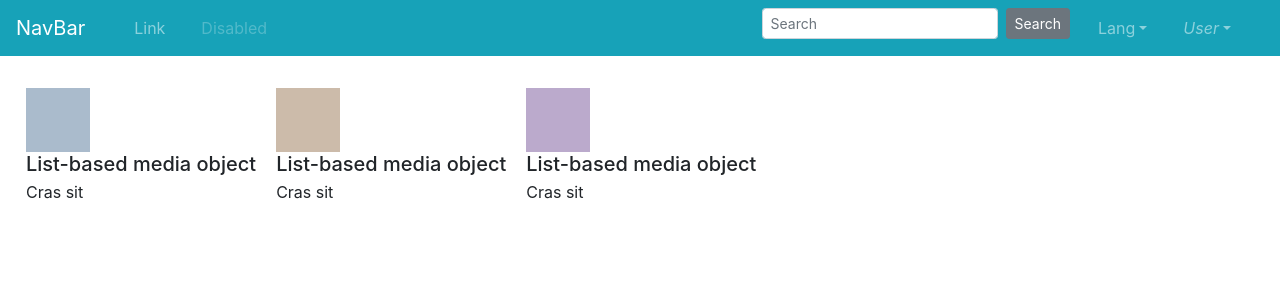
Repository: Funnyrz/vue-nav
Page: /
An editor plug-in stored every save of this project. The page is shown before and after a run of saves, followed by the edit.
The browser window is 1280 px wide. The pictures show the whole page.
The project was rebuilt for these pictures with package versions that can differ from the ones it lists, and the page was loaded fresh each time.

Above is the page before, as saved 2020-08-24 22:48:25.

### public/index.html
<!DOCTYPE html>
<html lang="en">
  <head>
    <meta charset="utf-8">
    <meta http-equiv="X-UA-Compatible" content="IE=edge">
    <meta name="viewport" content="width=device-width,initial-scale=1.0">
    <link rel="icon" href="<%= BASE_URL %>favicon.ico">
    <title>vue-pic</title>
  </head>
  <body>
    <noscript>
      <strong>We're sorry but vue-pic doesn't work properly without JavaScript enabled. Please enable it to continue.</strong>
    </noscript>
    <div id="app"></div>
    <!-- built files will be auto injected -->
  </body>
</html>

### src/main.js
import Vue from 'vue'
import App from './App.vue'
import 'bootstrap/dist/css/bootstrap.css'
import 'bootstrap-vue/dist/bootstrap-vue.css'
import BootstrapVue from 'bootstrap-vue'
// ES Modules syntax

// require syntax

Vue.use(BootstrapVue)
Vue.config.productionTip = false

new Vue({
  render: h => h(App),
}).$mount('#app')

### src/App.vue
<template>
  <div id="app">
    <HelloWorld msg="Welcome to Your Vue.js App" />
  </div>
</template>

<script>
import HelloWorld from "./components/HelloWorld.vue";

export default {
  name: "app",
  components: {
    HelloWorld
  }
};
</script>

<style>
.container-fluid {
  width: 80%;
}
</style>

### src/components/HelloWorld.vue
<template>
  <div class="hello">
    <div>
      <b-navbar toggleable="lg" type="dark" variant="info">
        <b-navbar-brand href="#">NavBar</b-navbar-brand>

        <b-navbar-toggle target="nav-collapse"></b-navbar-toggle>
        <b-container fluid>
          <b-collapse id="nav-collapse" is-nav>
            <b-navbar-nav>
              <b-nav-item href="#">Link</b-nav-item>
              <b-nav-item href="#" disabled>Disabled</b-nav-item>
            </b-navbar-nav>

            <!-- Right aligned nav items -->
            <b-navbar-nav class="ml-auto">
              <b-nav-form>
                <b-form-input size="sm" class="mr-sm-2" placeholder="Search"></b-form-input>
                <b-button size="sm" class="my-2 my-sm-0" type="submit">Search</b-button>
              </b-nav-form>

              <b-nav-item-dropdown text="Lang" right>
                <b-dropdown-item href="#">EN</b-dropdown-item>
                <b-dropdown-item href="#">ES</b-dropdown-item>
                <b-dropdown-item href="#">RU</b-dropdown-item>
                <b-dropdown-item href="#">FA</b-dropdown-item>
              </b-nav-item-dropdown>

              <b-nav-item-dropdown right>
                <!-- Using 'button-content' slot -->
                <template v-slot:button-content>
                  <em>User</em>
                </template>
                <b-dropdown-item href="#">Profile</b-dropdown-item>
                <b-dropdown-item href="#">Sign Out</b-dropdown-item>
              </b-nav-item-dropdown>
            </b-navbar-nav>
          </b-collapse>
        </b-container>
      </b-navbar>
      <b-navbar>
        <div>
          <ul class="list-unstyled">
            <b-media tag="li">
              <template v-slot:aside>
                <b-img blank blank-color="#abc" width="64" alt="placeholder"></b-img>
              </template>
              <h5 class="mt-0 mb-1">List-based media object</h5>
              <p class="mb-0">Cras sit</p>
            </b-media>

            <b-media tag="li" class="my-4">
              <template v-slot:aside>
                <b-img blank blank-color="#cba" width="64" alt="placeholder"></b-img>
              </template>

              <h5 class="mt-0 mb-1">List-based media object</h5>
              <p class="mb-0">Cras sit</p>
            </b-media>

            <b-media tag="li">
              <template v-slot:aside>
                <b-img blank blank-color="#bac" width="64" alt="placeholder"></b-img>
              </template>

              <h5 class="mt-0 mb-1">List-based media object</h5>
              <p class="mb-0">Cras sit</p>
            </b-media>
          </ul>
        </div>
      </b-navbar>
    </div>
  </div>
</template>

<script>
export default {
  name: "HelloWorld",
  props: {
    msg: String
  },
  mounted() {}
};
</script>

<!-- Add "scoped" attribute to limit CSS to this component only -->
<style scoped>
h3 {
  margin: 40px 0 0;
}
ul {
  list-style-type: none;
  padding: 0;
}
li {
  display: inline-block;
  margin: 0 10px;
}
a {
  color: #42b983;
}
</style>

After the next 5 saves:
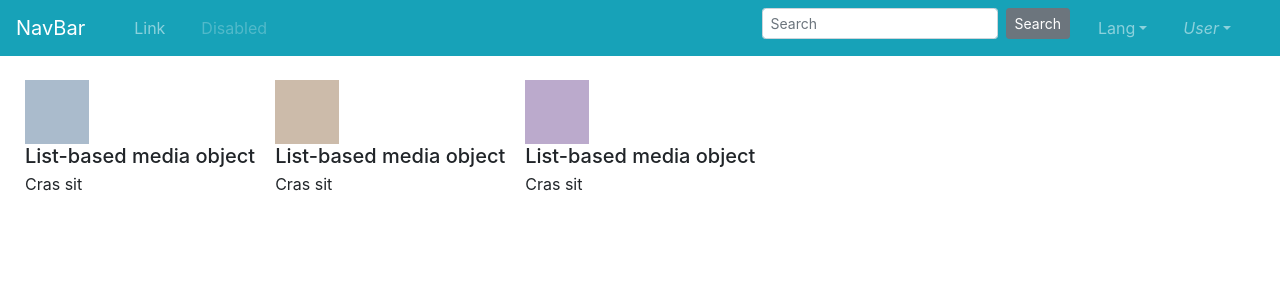
The 5 saves are shown as one change because 2 did not build or start and some came seconds apart.
The last was saved 34 s later.
--- a/src/components/HelloWorld.vue
+++ b/src/components/HelloWorld.vue
@@ -38,7 +38,8 @@
           </b-collapse>
         </b-container>
       </b-navbar>
-      <b-navbar>
+
+      <b-container fluid>
         <div>
           <ul class="list-unstyled">
             <b-media tag="li">
@@ -68,7 +69,7 @@
             </b-media>
           </ul>
         </div>
-      </b-navbar>
+      </b-container>
     </div>
   </div>
 </template>
